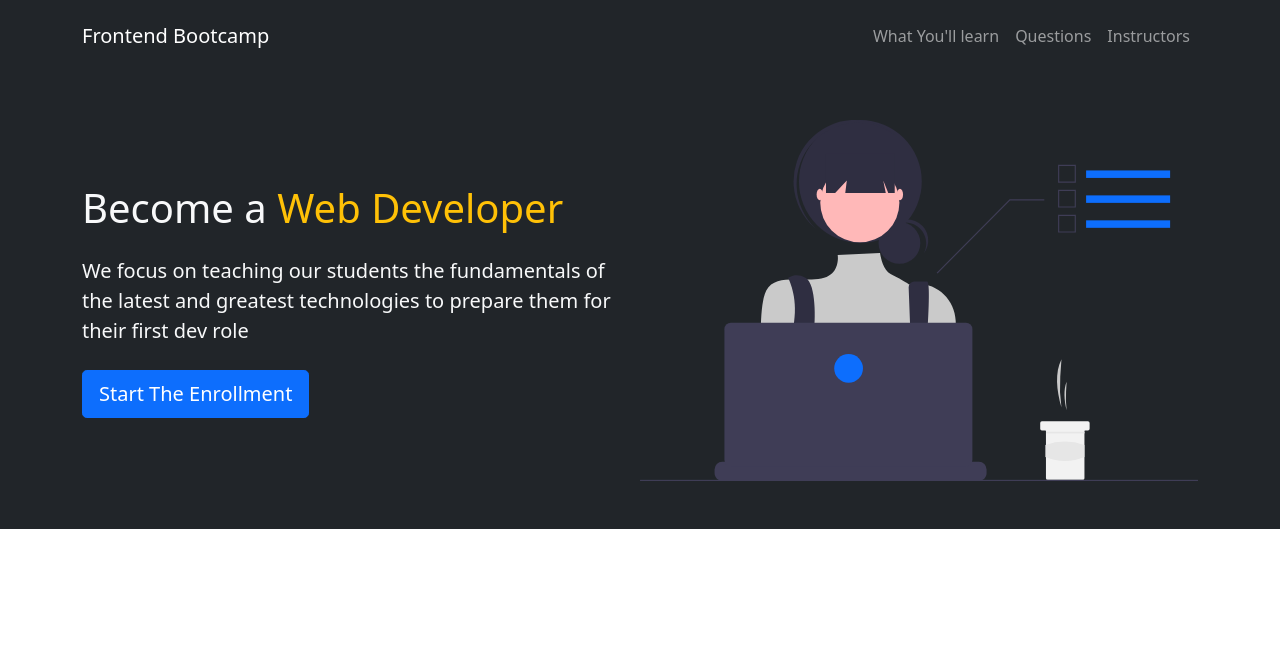
Repository: Marhamat92/Bootstrap5-Responsive-Website-
Page: index.html
An editor plug-in stored every save of this project. The page is shown before and after the next save, followed by the edit.
The browser window is 1280 px wide. The pictures show the whole page.

Above is the page before, as saved 2021-09-18 16:27:54.

After the next save:
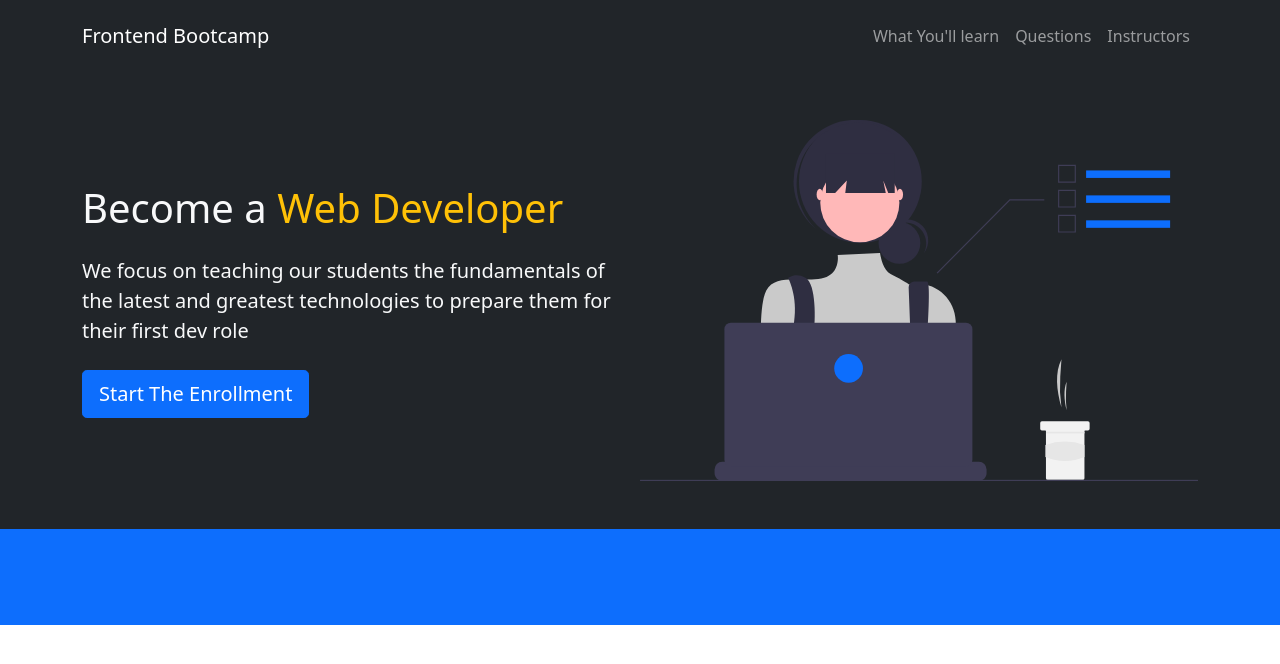
Saved 82 s later.
--- a/index.html
+++ b/index.html
@@ -55,7 +55,7 @@
 
 
 <!--Newsletter-->
-
+<section class=" bg-primary text-light p-5"></section>
 
 
 
